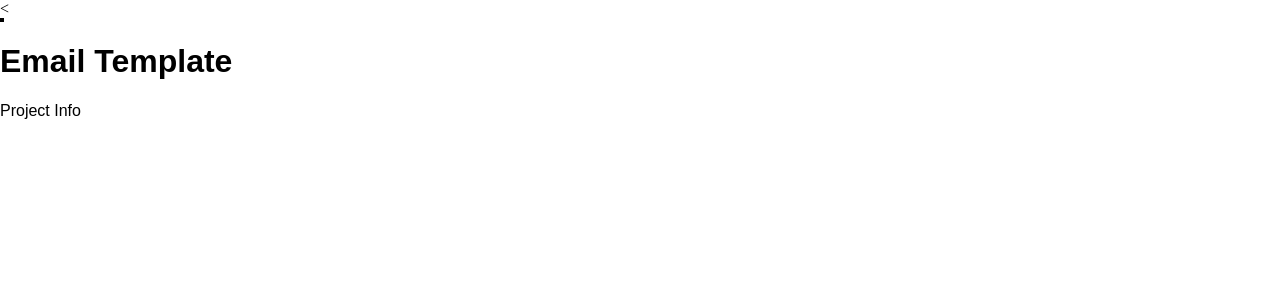
Repository: MikeeBuilds/email-template
Page: index.html
These files come from the project's save history. The page is drawn as it stood at one moment and after a run of saves; the edit follows.
The browser window is 1280 px wide. The pictures show the whole page.

Above is the page before, as saved 2022-11-21 15:36:34.

### index.html
<!DOCTYPE html>
<html lang="en" xmlns="http://www.w3.org./1999/xhtml" xmlns:0="urn:schemas-microsoft-com:office:office">
<head>
    <meta charset="UTF-8">
    <meta http-equiv="X-UA-Compatible" content="IE=edge">
    <meta name="x-apple-disable-message-reformatting">
    <meta name="viewport" content="width=device-width, initial-scale=1.0">
    <link rel="stylesheet" href="styles.css">
    <title>Emal Template</title>
    <!--[if mso]>
        <noscript>
            <xml>
                <o:OfficeDocumentSettings>
                    <o:AllowPNG/>
                    <o:PixelsPerInch>96</o:PixelsPerInch>
                </o:OfficeDocumentSettings>
            </xml>
        <![endif]-->
        <style>
            table, td, div, h1, p {
                font-family: Arial, sans-serif;
            }
            table, td {
                border: 2px solid #000 !important;
            }
            </style>
<body style="margin: 0; padding: 0;">
    <table>
        <tr>
            <
        </tr>
    </table>
    <h1>Email Template</h1>
    <p>Project Info</p>
</body>
</head>
</html>

Loaded but not shown: styles.css (no stored copy; drawn as an empty file)

After the next 3 saves:
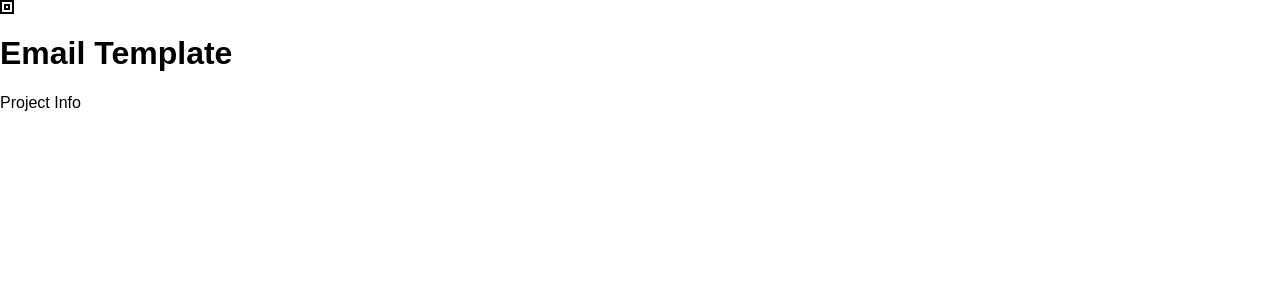
The 3 saves are shown as one change because they came seconds apart.
The last was saved 9 s later.
--- a/index.html
+++ b/index.html
@@ -27,7 +27,9 @@
 <body style="margin: 0; padding: 0;">
     <table>
         <tr>
-            <
+            <td>
+
+            </td>
         </tr>
     </table>
     <h1>Email Template</h1>
